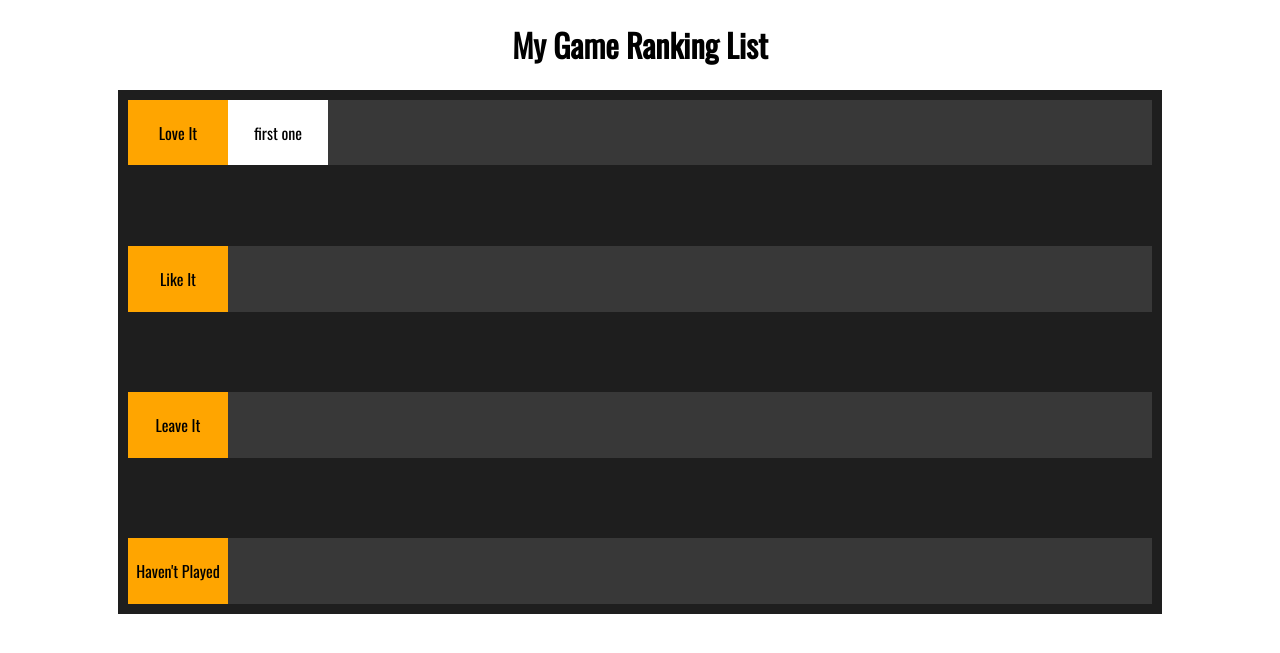
Repository: akiachenise/akiachenise.github.io
Page: JackboxGames_TierList_vanilla/index.html
These files come from the project's save history. The page is drawn as it stood at one moment and after the next save; the edit follows.
The browser window is 1280 px wide. The pictures show the whole page.

Above is the page before, as saved 2022-11-26 14:30:19.

### JackboxGames_TierList_vanilla/index.html
<!DOCTYPE html>
<!--[if lt IE 7]>      <html class="no-js lt-ie9 lt-ie8 lt-ie7"> <![endif]-->
<!--[if IE 7]>         <html class="no-js lt-ie9 lt-ie8"> <![endif]-->
<!--[if IE 8]>         <html class="no-js lt-ie9"> <![endif]-->
<!--[if gt IE 8]>      <html class="no-js"> <!--<![endif]-->
<html lang="en-US">
  <head>
    <meta charset="utf-8" />
    <meta http-equiv="X-UA-Compatible" content="IE=edge" />
    <title>My Game Ranking List</title>
    <meta name="description" content="My Game Ranking" />
    <meta name="viewport" content="width=device-width, initial-scale=1" />
    <link rel="stylesheet" type="text/css" href="css/stylesheet.css" />
    <link rel="stylesheet" href="https://fonts.googleapis.com/css?family=Oswald">
  </head>
  <body>
    <!--[if lt IE 7]>
      <p class="browsehappy">
        You are using an <strong>outdated</strong> browser. Please
        <a href="#">upgrade your browser</a> to improve your experience.
      </p>
    <![endif]-->
    <h1>My Game Ranking List</h1>
    <div id="board">
        <div class = "row">
            <div class = "label">Love It</div>
            <div class="card" id="first" draggable="true">first one</div>
        </div>
        <div class = "row">
            <div class = "label">Like It</div>
        </div>
        <div class = "row">
            <div class = "label">Leave It</div>
        </div>
        <div class = "row">
            <div class = "label">Haven't Played</div>
        </div>

    </div>


    <script src="js/cards.js" async defer></script>
    <script src="js/rows.js" async defer></script>
  </body>
</html>

### JackboxGames_TierList_vanilla/css/stylesheet.css
body {
    font-family: 'Oswald';
    margin: 0;
    display: flex;
    flex-direction: column;
    align-items: center;
    justify-content: center;
}

#board {
    display: flex;
    flex-direction: column;
    align-items: center;
    justify-content: space-between;
    padding: 10px;
    width: 80vw;
    height: 70vh;
    background-color: rgb(30, 30, 30);
}

.row {
    display: flex;
    width: 100%;
    height: 13%;
    background-color: rgb(56, 56, 56);
}

.label {
    display: flex;
    justify-content: center;
    align-items: center;
    height: 100%;
    width: 100px;
    background-color: orange;
}

.card {
    height: 100%;
    width: 100px;
    display: flex;
    justify-content: center;
    align-items: center;
    background-color: white;
}

### JackboxGames_TierList_vanilla/js/cards.js
const cards = document.querySelectorAll('.card');

const onDragStart = (event) => {
    console.log('dragging the element');
    event.dataTransfer.setData('id', event.target.id);
    setTimeout(() => {
        event.target.style.visibility = 'hidden';
    }, 50)
}

const onDragEnd = (event) => {
    event.target.style.visibility = 'visible';
    console.log('ended the drag');
}

cards.forEach((card) => {
    card.ondragstart = onDragStart;
    card.ondragend = onDragEnd;


})

### JackboxGames_TierList_vanilla/js/rows.js
const rows = document.querySelectorAll('.row');

const onDragOver = (event) => {
    event.preventDefault();
}

const onDrop = (event) => {
    event.preventDefault();
   const draggedCardId = event.dataTransfer.getData('id');
   const draggedCard = document.getElementById(draggedCardId);
   event.target.appendChild(draggedCard);
   console.log('dropped the element');
}

rows.forEach((row) => {
    row.ondragover = onDragOver;
    row.ondrop = onDrop;
})

After the next save:
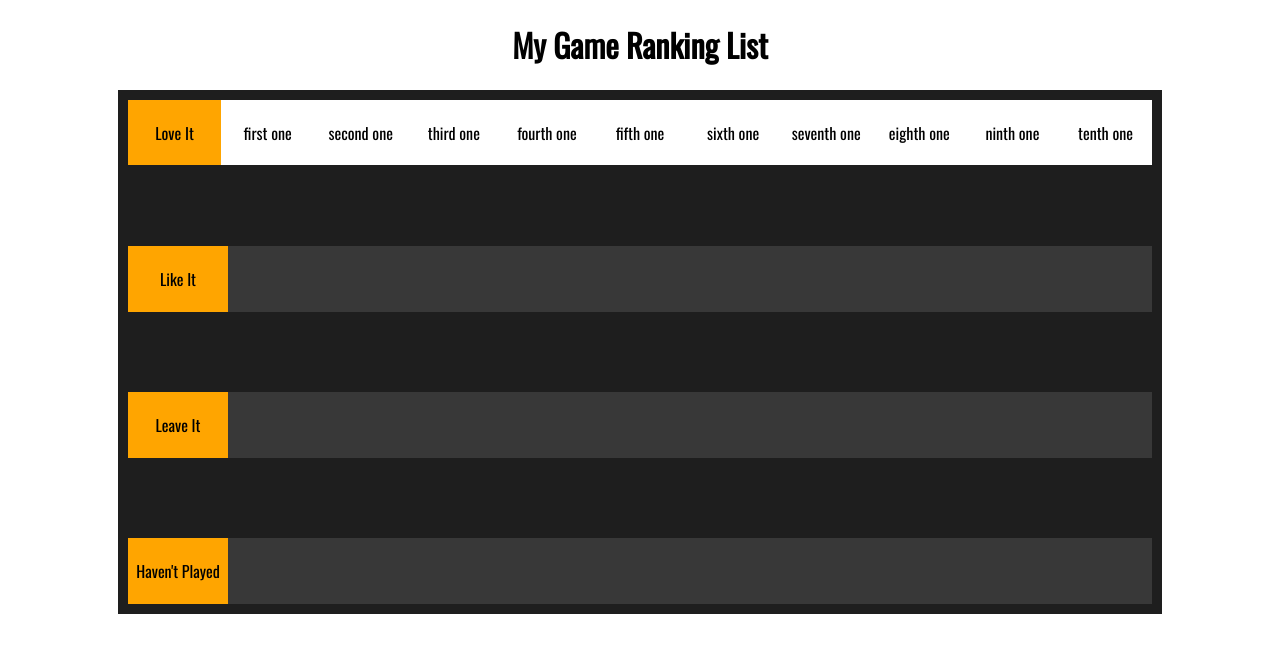
Saved 15 min 21 s later.
--- a/JackboxGames_TierList_vanilla/index.html
+++ b/JackboxGames_TierList_vanilla/index.html
@@ -25,6 +25,16 @@
         <div class = "row">
             <div class = "label">Love It</div>
             <div class="card" id="first" draggable="true">first one</div>
+            <div class="card" id="second" draggable="true">second one</div>
+            <div class="card" id="third" draggable="true">third one</div>
+            <div class="card" id="fourth" draggable="true">fourth one</div>
+            <div class="card" id="fifth" draggable="true">fifth one</div>
+            <div class="card" id="sixth" draggable="true">sixth one</div>
+            <div class="card" id="seventh" draggable="true">seventh one</div>
+            <div class="card" id="eighth" draggable="true">eighth one</div>
+            <div class="card" id="ninth" draggable="true">ninth one</div>
+            <div class="card" id="ninth" draggable="true">tenth one</div>
+
         </div>
         <div class = "row">
             <div class = "label">Like It</div>
